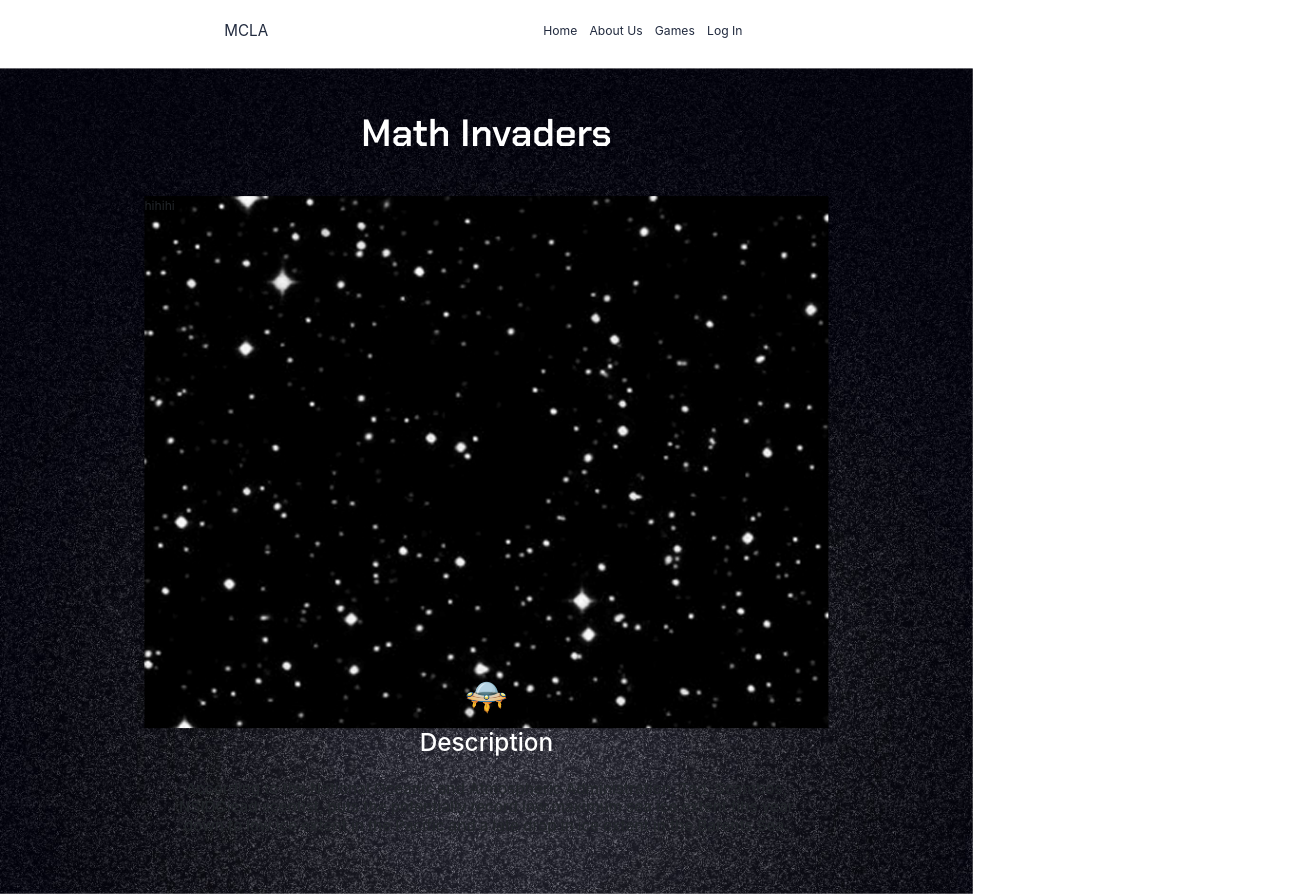
Repository: kkyler24/MathInvader
Page: index.html
These files come from the project's save history. The page is drawn as it stood at one moment and after the next save; the edit follows.
The browser window is 1280 px wide. The page is 1280 px wide, then 1710 px, so the pictures cover 1710 px, including what lies to the right of the window. The pictures show the whole page, at 76% of full size.
Some web libraries are served in a nearby version.

Above is the page before, as saved 2020-07-20 15:07:53.

After the next save:
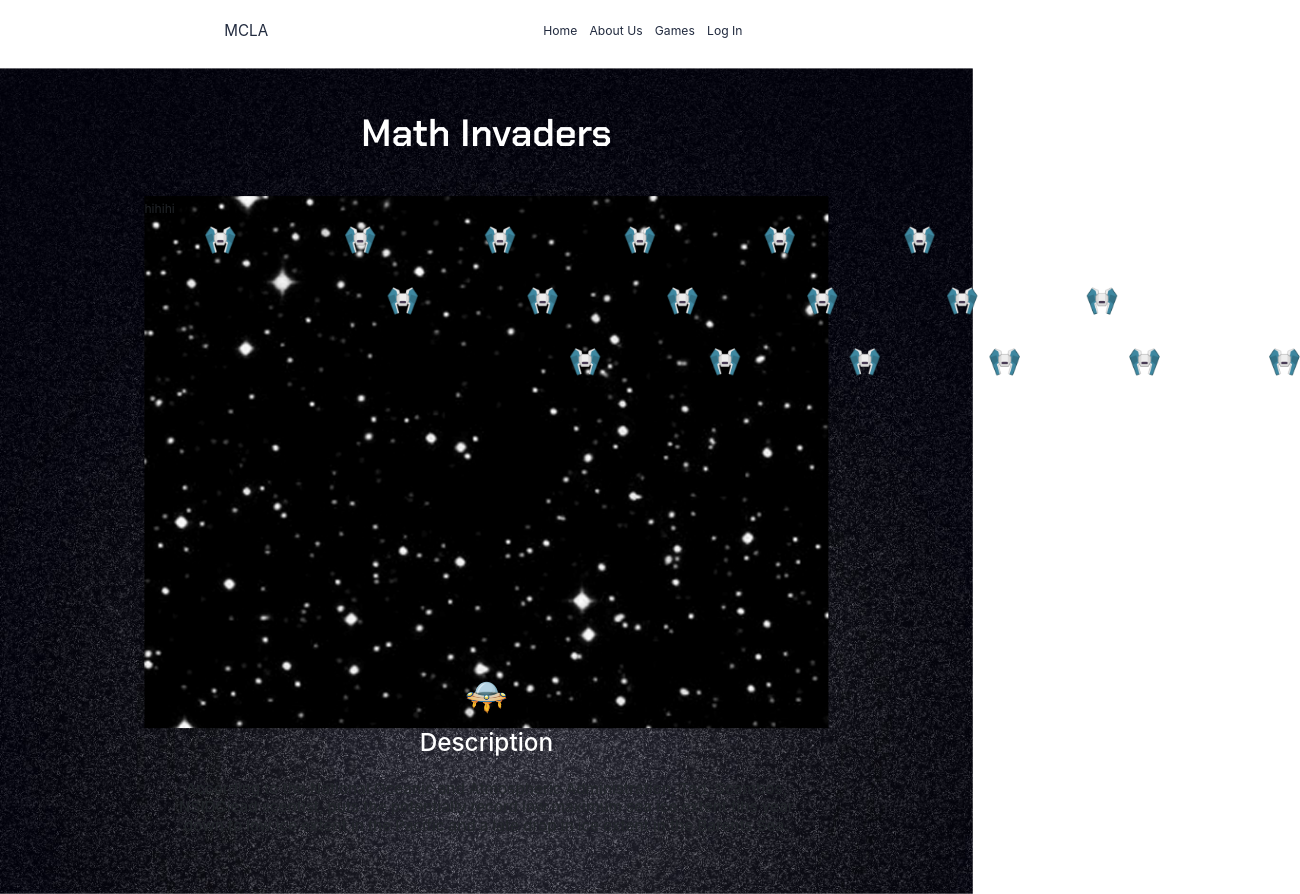
Saved 2 min 11 s later.
--- a/jsFolder/game.js
+++ b/jsFolder/game.js
@@ -13,7 +13,7 @@ const LASER_MAX_SPEED = 300.0;
 const LASER_COOLDOWN = 0.5;
 
 const TOKENS_PER_ROW = 10;
-const ENEMIES_PER_ROW = 5;
+const ENEMIES_PER_ROW = 6;
 const ENEMY_HORIZONTAL_PADDING = 40;
 const ENEMY_VERTICAL_PADDING = 40;
 const ENEMY_VERTICAL_SPACING = 80;
@@ -279,15 +279,15 @@ function init() {
   const $container = document.querySelector(".Game");
   createPlayer($container);
 
-  // const enemySpacing =
-  //   (GAME_WIDTH - ENEMY_HORIZONTAL_PADDING * 2) / (ENEMIES_PER_ROW - 1);
-  // for (let j = 0; j < 3; j++) {
-  //   const y = ENEMY_VERTICAL_PADDING + j * ENEMY_VERTICAL_SPACING;
-  //   for (let i = 0; i < ENEMIES_PER_ROW; i++) {
-  //     const x = i * enemySpacing + ENEMY_HORIZONTAL_PADDING;
-  //     createEnemy($container, x, y);
-  //   }
-  // }
+  const enemySpacing =
+    (GAME_WIDTH - ENEMY_HORIZONTAL_PADDING * 2) / (ENEMIES_PER_ROW - 1);
+  for (let j = 0; j < 3; j++) {
+    const y = ENEMY_VERTICAL_PADDING + j * ENEMY_VERTICAL_SPACING;
+    for (let i = 0; i < ENEMIES_PER_ROW; i++) {
+      const x = i * enemySpacing + ENEMY_HORIZONTAL_PADDING;
+      createEnemy($container, x, y);
+    }
+  }
 }
 
 function update(e) {
